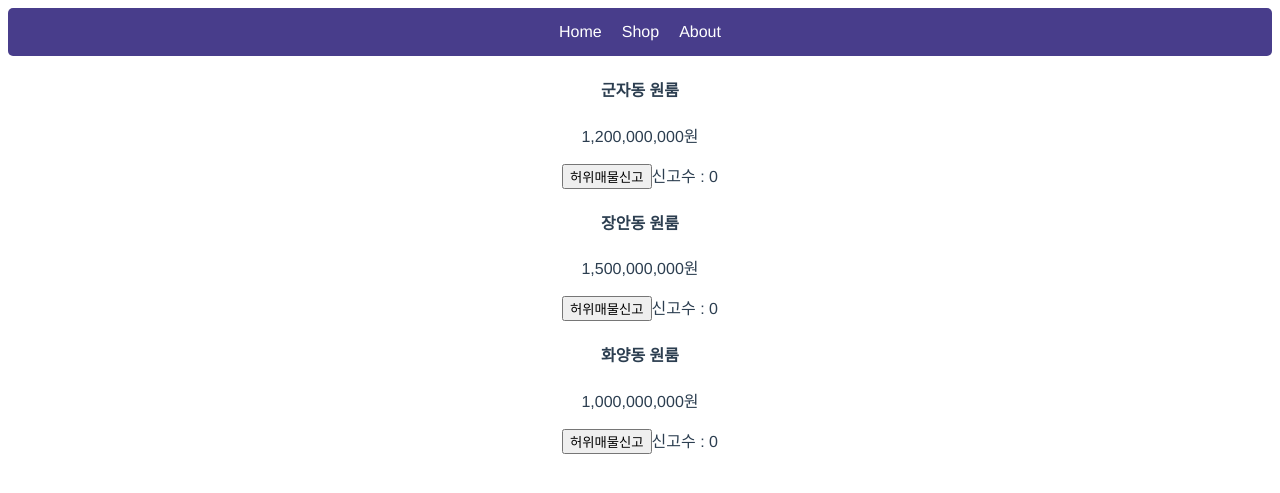
Repository: jy0813/Function
Page: / (app in function/)
An editor plug-in stored every save of this project. The page is shown before and after the next save, followed by the edit.
The browser window is 1280 px wide. The pictures show the whole page.
The project was rebuilt for these pictures with package versions that can differ from the ones it lists, and the page was loaded fresh each time.

Above is the page before, as saved 2022-02-23 15:53:16.

### function/src/App.vue
<template>
<div class="menu">
  <a v-for="(item, i) in menu" :key="'item' + i">{{item}}</a>
  </div>
<div class="room_list" v-for="(item, k) in rooms" :key="'item' + k">
  <h4>{{item.address}}</h4>
  <p>{{numSet(item.price)}}원</p>
  <button @click="reportBtn">허위매물신고</button>
  <span>신고수 : {{item.report}}</span>
</div>
</template>

<script>


export default {
  name: 'App',
  data() {
    return {
      menu:['Home','Shop','About'],
      rooms:[
        {
          address:'군자동 원룸',
          price:'1200000000',
          report:0,
        },
        {
          address:'장안동 원룸',
          price:'1500000000',
          report:0,
        },
        {
          address:'화양동 원룸',
          price:'1000000000',
          report:0,
        }
      ],
    }
  },
   methods: {
    numSet(val) {
      if (!val) return (val = '');
      return val.toString().replace(/\B(?=(\d{3})+(?!\d))/g, ',');
    },
    reportBtn() {
      this.rooms.find((item) => {
        if(item.report >= 999) return item.report = 999;
        item.report += 1;
      })
    },
   }
}
</script>

<style>
#app {
  font-family: Avenir, Helvetica, Arial, sans-serif;
  -webkit-font-smoothing: antialiased;
  -moz-osx-font-smoothing: grayscale;
  text-align: center;
  color: #2c3e50;
}

.menu {
  background: darkslateblue;
  padding: 15px;
  border-radius: 5px;
}

.menu a {
  color:white;
  padding:10px;
}


</style>

Loaded but not shown: function/public/index.html (common file); function/src/main.js (common file)

After the next save:
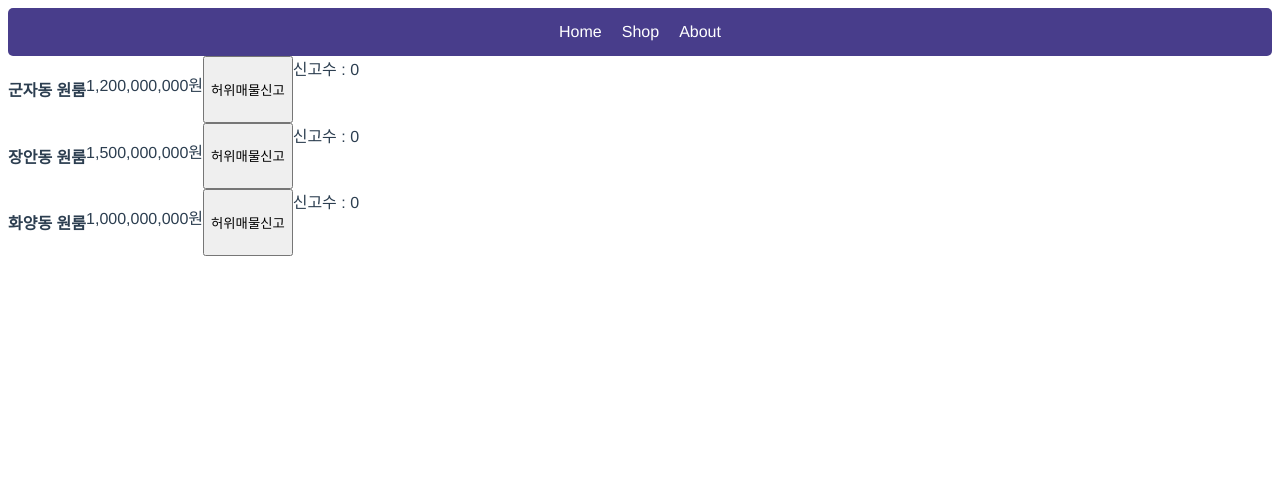
Saved 9 s later.
--- a/function/src/App.vue
+++ b/function/src/App.vue
@@ -72,5 +72,9 @@
   padding:10px;
 }
 
+.room_list {
+  display: flex;
+}
+
 
 </style>

After the save that followed:
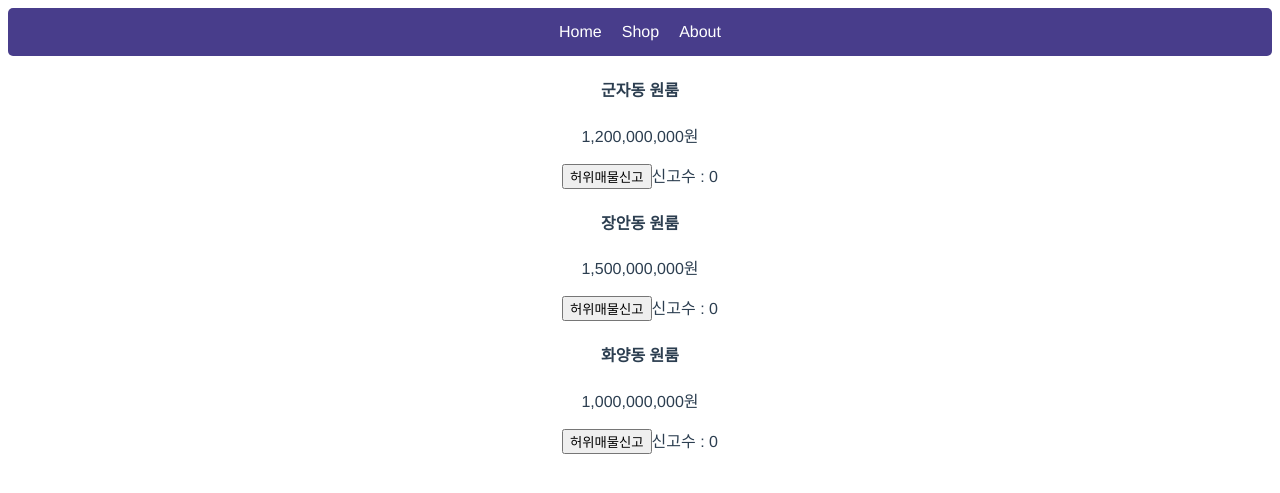
Saved 5 s later.
--- a/function/src/App.vue
+++ b/function/src/App.vue
@@ -72,9 +72,7 @@
   padding:10px;
 }
 
-.room_list {
-  display: flex;
-}
+.room_list {}
 
 
 </style>
